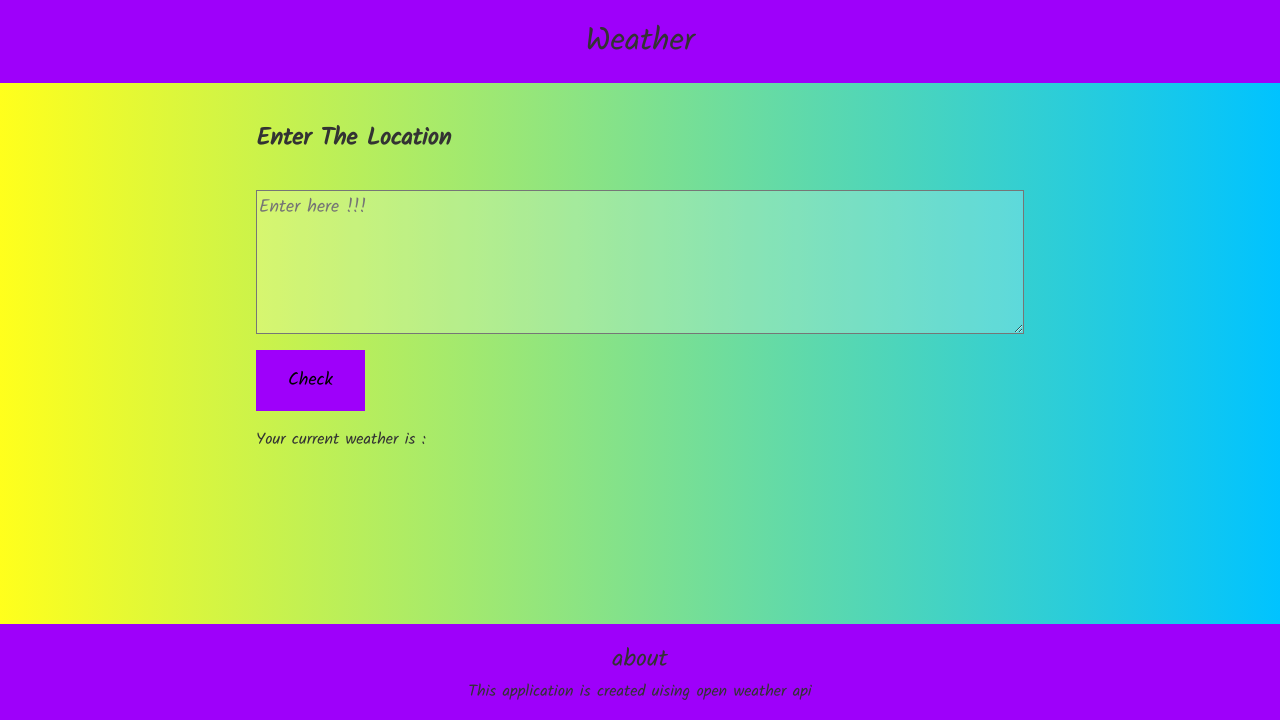
Repository: Irfan-vit/openapi
Page: index.html
An editor plug-in stored every save of this project. The page is shown before and after the next save, followed by the edit.
The browser window is 1280 px wide. The pictures show the whole page.
The pointer rests on the first visible `textarea`.

Above is the page before, as saved 2021-05-27 23:34:55.

### index.html
<!DOCTYPE html>
<html lang="en">

<head>
    <meta charset="UTF-8">
    <meta http-equiv="X-UA-Compatible" content="IE=edge">
    <meta name="viewport" content="width=device-width, initial-scale=1.0">
    <title>Api</title>
    <link rel="stylesheet" href="style.css">
</head>

<body>

    <nav>
        <div style="font-size: 2rem; padding: 1rem;">
            Weather
        </div>

    </nav>

    <main>

        <h2>Enter The Location</h2>

        <textarea name="" id="txt-input" class="t-area" placeholder="Enter here !!!"></textarea>

        <button id="btn-translate">
            Check
        </button>

        <div>Your current weather is :</div>

        <div id="output" class="t-area">

        </div>

    </main>

    <footer>
        <div style="font-size: x-large;">about</div>
        <p>This application is created uising open weather api</p>
    </footer>



    <script src="app.js" type="text/javascript"></script>
</body>

</html>

### style.css
@import url('https://fonts.googleapis.com/css2?family=Kalam&display=swap');

* {
    box-sizing: border-box;
}

:root {
    --primary: #9e00fa;
    --black: #333333;
    --width-break:800px
}

body {
    margin: 0;
    font-family: 'Kalam', cursive;
    color: #333333;
    background: #00c3ff;  /* fallback for old browsers */
background: -webkit-linear-gradient(to right, #ffff1c, #00c3ff);  /* Chrome 10-25, Safari 5.1-6 */
background: linear-gradient(to right, #ffff1c, #00c3ff); /* W3C, IE 10+/ Edge, Firefox 16+, Chrome 26+, Opera 12+, Safari 7+ */

}

nav {
    background-color: var(--primary);
    text-align: center;
}

main {
    margin: auto;
    padding: 1rem;
    max-width: var(--width-break);
}

textarea {
    box-sizing: border-box;
    display: block;
    width: 100%;
    min-height: 20vh;
    margin-top: 2rem;
    font-size: large;
    font-family: inherit;
    background-color: #ffffff34;
}

textarea:hover {
    box-sizing: border-box;
    display: block;
    width: 100%;
    min-height: 20vh;
    margin-top: 2rem;
    font-size: large;
    font-family: inherit;
    background-color: #ffffff34;
}

button {
    background-color: var(--primary);
    border: none;
    margin: 1rem 0rem;
    padding: 1rem 2rem;
    font-family: 'Kalam', cursive;
    font-size: large;
}


#output {
    box-sizing: border-box;
    width: 100%;
    min-height: 10vh;
    max-height: 20vh;
    /* border: 1px solid var(--black); */
}

footer {
    position: fixed;
    bottom: 0;
    width: 100%;
    padding: 1rem;
    background-color: var(--primary);
    text-align: center;
}

footer p {
    max-width: var(--width-break);
    margin: auto;
}

### app.js
var btnTranslate = document.querySelector("#btn-translate");
var txtInput = document.querySelector("#txt-input");
var outputDiv = document.querySelector('#output')
var serverURL = "https://api.openweathermap.org/data/2.5/weather?q="
var key = "&appid=49257f6591cfc3ed8daf0b5970d519cb"

function getTranslationURL(text) {
    return serverURL + text + key
}

function errorHandler(error) {
    console.log("error occured", error)
    alert("something went wrong  :  " + error)
}

function clickHandler() {
    // outputDiv.innerText = "translated  " + txtInput.value + "  To : bababbababababababa ";

    var inputText = txtInput.value;

    fetch(getTranslationURL(inputText))
        .then(response => response.json())
        .then(json => {
            var translatedText = "Country : " + json['sys']['country'] + " | tempreature : " + json['main']['temp'] + " | weather : " +  json['weather'][0]['description'] + " | longitude : " + json['coord']['lon'] + " | latitude : " + json['coord']['lat'] + " | wind speed : " + json['wind']['speed'] + " | Wind direction, degrees : " + json['wind']['deg'];
            outputDiv.innerText = translatedText;
            })
    };


btnTranslate.addEventListener("click", clickHandler)

After the next save:
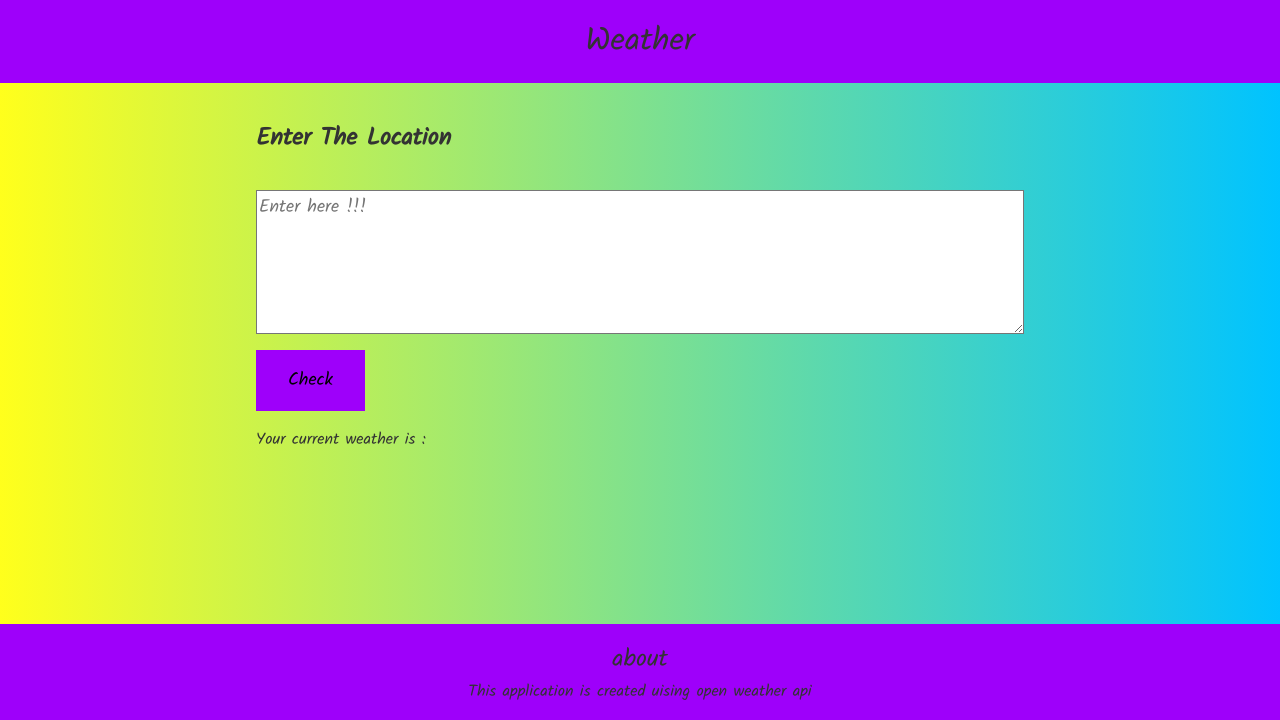
Saved 4 s later.
--- a/style.css
+++ b/style.css
@@ -50,7 +50,7 @@ textarea:hover {
     margin-top: 2rem;
     font-size: large;
     font-family: inherit;
-    background-color: #ffffff34;
+    background-color: #ffffff;
 }
 
 button {
